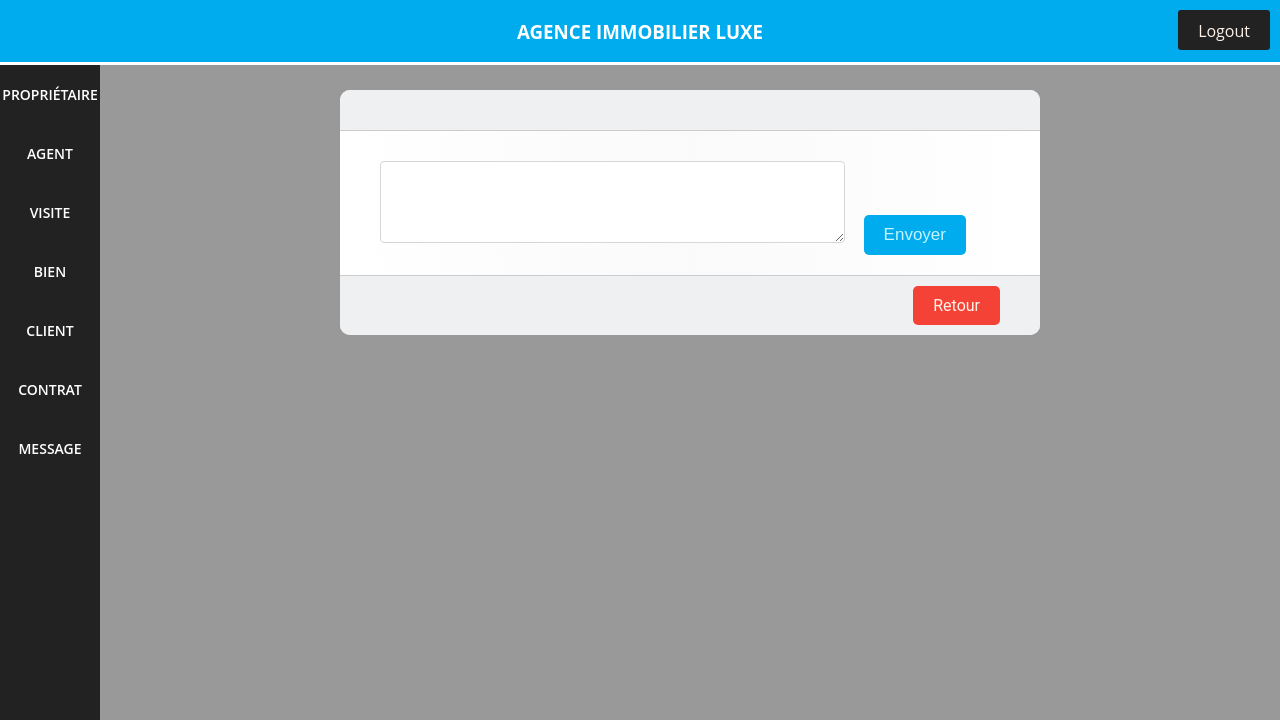
Repository: hassen-mnejja/Real_Estate_Agency_Website
Page: http://localhost/backoffice/WEB-INF/conversation.jsp
These files come from the project's save history. The page is drawn as it stood at one moment and after the next save; the edit follows.
The browser window is 1280 px wide. The pictures show the whole page.
Some icons come from a web library that is not loaded, so they are not drawn. The page is served by Tomcat 9. Nobody is signed in. Other server files are loaded and not shown. The template is opened directly, without the code that normally fills it, so the values that code supplies are empty.

Above is the page before, as saved 2020-06-24 15:01:55.

### backoffice/WebContent/WEB-INF/conversation.jsp
<%@ page language="java" contentType="text/html; charset=UTF-8" pageEncoding="UTF-8"%>
<%@ taglib uri="http://java.sun.com/jsp/jstl/core" prefix="c"%>
<!DOCTYPE html>
<html>
<head>
<title>${client.nom} ${client.prenom}</title>
<link rel="stylesheet" type="text/css" href="../Style/MonStyle.css">
<link rel="icon" href="../Images/icon4.ico" />
<script src="../JS/1351.js"></script>
<script src="../JS/jquery-3.4.1.js"></script>
<style>
.my-form {
	width: 700px;
	margin-bottom: 100px;
}

body {
  margin: 0 auto;
  max-width: 800px;
  padding: 0 20px;
}

.container {
  border: 2px solid #dedede;
  background-color: #f1f1f1;
  border-radius: 5px;
  padding: 10px;
  margin: 5px 0;
}

.darker {
  border-color: #ccc;
  background-color: #ddd;
}

.container::after {
  content: "";
  clear: both;
  display: table;
}

.container img {
  float: left;
  max-width: 60px;
  width: 100%;
  margin-right: 20px;
  border-radius: 50%;
}

.container img.right {
  float: right;
  margin-left: 20px;
  margin-right:0;
}

.time-right {
  float: right;
  color: #aaa;
}

.time-left {
  float: left;
  color: #999;
}
</style>
</head>
<body>
<body>

	<!-- navbar -->
	<div id="nav-placeholder"></div>

	<!-- contenu -->
	<div id="contenu">
		<form class="my-form" action="ecriremessage" method="post">

			<!-- form header -->
			<div class="form-header">
				<h1>${client.nom} ${client.prenom}</h1>
			</div>

			<!-- form body -->
			<div class="form-body">

				<!-- client et bien -->
				<div class="horizontal-group">
					<div class="form-group left" style="width:75%">

						<textarea class="form-input" name="message" rows="4" cols="50" style="height: auto" required="required"></textarea>
					</div>
					<input type="hidden" name="idclient" value="${client.idClient }">
					<input type="hidden" id="temps" class="form-input" name="temps" />
					<div class="form-group right" style="width:22%">
						<svg style="width:400px; height:50px">
 							 <rect width="300" height="50" style="fill:rgba(0,0,0,0);" />
						</svg>
						<button type="submit" class="btn">Envoyer</button>
					</div>
				</div>

				<c:forEach var="message" items="${listemessage}">
					<c:if test="${message.idEnv==0}">
					<div class="horizontal-group">
					<div class="form-group left" style="width:100%">
						<div class="container">
  							<img src="../Images/Client/0/0-1.jpg" alt="Avatar" style="width:100%;">
  							<p>${message.mess}</p>
  							<span class="time-right">${message.temps}</span>
						</div>
						</div>
						</div>
					</c:if>
					<c:if test="${message.idRec==0}">
					<div class="horizontal-group">
					<div class="form-group left" style="width:100%">
						<div class="container darker">
  							<img src="../Images/Client/${client.idClient}/${client.idClient}-1.jpg" alt="Avatar" class="right" style="width:100%;">
  							<p>${message.mess}</p>
  							<span class="time-left">${message.temps}</span>
						</div>
						</div>
						</div>
					</c:if>
				</c:forEach>

			</div>
			<!-- form-footer -->
			<div class="form-footer">
				<div >
					<a href="/backoffice/prive/cherchercontrat">Retour</a>
				</div>
			</div>

		</form>

	</div>


	<!-- JavaScript -->
	<script>
		$(function() {
			$("#nav-placeholder").load("../navbar.html");
		});
		window.addEventListener('load', () => {
			  const now = new Date();
			  now.setMinutes(now.getMinutes() - now.getTimezoneOffset());
			  document.getElementById('temps').value = now.toISOString().slice(0, -8);
			});
	</script>
</body>
</html>

### backoffice/WebContent/Style/MonStyle.css
@charset "ISO-8859-1";
.aa:hover {
	background-color: rgba(0, 0, 0, 0);
	color: #4088a3;
}

.aa:link, .aa:visited {
	background-color: rgba(0, 0, 0, 0);
	color: #666;
	text-decoration: none;
	display: inline-block;
	border: none;
	padding: 0px 0px;
}

.nav {
	position: fixed;
	top: 60px;
	left: 0px;
	width: 100px;
	height: 100%;
	background: #222;
	z-index: 2;
}

.contenu {
	position: fixed;
	top: 60px;
	left: 100px;
	width: 100%;
	height: 100%;
	background: #999;
	z-index: 2;
}

.header {
	position: fixed;
	left: 0;
	right: 0;
	z-index: 1002;
	min-height: 60px;
	padding: 0 15px;
	background: #00acee;
	border-bottom: 3px solid white;
}

#contenu {
	position: fixed;
	top: 60px;
	left: 100px;
	width: calc(100% - 100px);
	height: 100%;
	background: #999;
	z-index: 1;
	margin-left: auto;
	margin-right: auto;
	transition: all 500ms linear;
	overflow-y: auto;
}

#contenu.active {
	left: 0px;
	width: 100%;
}

#nav {
	left: 0px;
	transition: all 500ms linear;
}

#nav.active {
	left: -100px;
}

.nav span {
	display: block;
	font-size: 14px;
	color: #fff;
	font-weight: 600;
	text-transform: uppercase;
	margin-top: 10px;
}

.fi {
	font-size: 25px;
	color: #eee;
}

.toggle {
	position: fixed;
	font-size: 25px;
	color: #222;
	top: 15px;
	left: 40px;
	cursor: pointer;
}

.nav .nav-item {
	position: relative;
	width: 100%;
	text-align: center;
}

.nav .main-item, .nav .sub-item {
	padding: 15px 0px;
	background: #222;
}

.nav .nav-item .sub-items {
	position: absolute;
	top: 0px;
	left: -300px;
	width: max-content;
	z-index: -1;
	transition: all 300ms ease-in-out;
}

.nav .sub-items .sub-item {
	float: left;
	width: 100px;
}

.nav .main-item:hover, .nav .sub-item:hover {
	background: #00acee;
	cursor: pointer;
}

.nav .nav-item:hover .sub-items {
	left: 102px;
}

#elements {
	font-family: "Trebuchet MS", Arial, Helvetica, sans-serif;
	border-collapse: collapse;
	width: 100%;
	border: 1px solid #d6d6d6;
	border-radius: 3px 3px 3px 3px;
}

#elements td, #elements th {
	border: 1px solid #ddd;
	padding: 8px;
}

#elements tr:nth-child(even) {
	background-color: white;
}

#elements tr:nth-child(odd) {
	background-color: #eff0f1;
}

#elements tr:hover {
	background-color: #ddd;
}

#elements th {
	padding-top: 12px;
	padding-bottom: 12px;
	text-align: left;
	background-color: white;
	color: gray;
}

@import url('https://fonts.googleapis.com/css?family=Roboto');

/*---------------------------------------*/
/* Register Form */
/*---------------------------------------*/
body {
	margin: 0px;
	font-family: "Open Sans", sans-serif;
}

a:link, a:visited {
	background-color: #f44336;
	color: #fff3e9;
	padding: 10px 20px;
	text-align: center;
	text-decoration: none;
	display: inline-block;
	border: none;
	border-radius: 5px;
}

a:hover, a:active {
	background-color: #fa3c39;
	color: white;
}

.my-form {
	font-family: "Roboto", sans-serif;
	background: linear-gradient(to right, #ffffff 0%, #fafafa 50%, #ffffff 99%);
	border-radius: 10px;
	margin: 30px auto;
	width: 650px;
}

/*---------------------------------------*/
/* Form Header */
/*---------------------------------------*/
.form-header {
	background-color: #EFF0F1;
	border-top-left-radius: 10px;
	border-top-right-radius: 10px;
}

.form-header h1 {
	font-size: 30px;
	text-align: center;
	color: #666;
	padding: 20px 0;
	border-bottom: 1px solid #cccccc;
}

/*---------------------------------------*/
/* Form Body */
/*---------------------------------------*/
.form-body {
	padding: 10px 40px;
	color: #666;
}

.form-group {
	margin-bottom: 20px;
}

.form-body .label-title {
	color: #00acee;
	font-size: 17px;
	font-weight: bold;
}

.form-body .form-input {
	font-size: 17px;
	box-sizing: border-box;
	width: 100%;
	height: 34px;
	padding-left: 10px;
	padding-right: 10px;
	color: #333333;
	text-align: left;
	border: 1px solid #d6d6d6;
	border-radius: 4px;
	background: white;
	outline: none;
}

.horizontal-group .left {
	float: left;
	width: 49%;
}

.horizontal-group .right {
	float: right;
	width: 49%;
}

/*---------------------------------------*/
/* Form Footer */
/*---------------------------------------*/
.my-form .form-footer {
	background-color: #EFF0F1;
	border-bottom-left-radius: 10px;
	border-bottom-right-radius: 10px;
	padding: 10px 40px;
	text-align: right;
	border-top: 1px solid #cccccc;
	clear: both;
}

.form-footer span {
	float: left;
	margin-top: 10px;
	color: #999;
	font-style: italic;
	font-weight: thin;
}

.btn {
	display: inline-block;
	padding: 10px 20px;
	background-color: #00acee;
	font-size: 17px;
	border: none;
	border-radius: 5px;
	color: #c3f4ff;
	cursor: pointer;
}

.btn:hover {
	background-color: #11addd;
	color: white;
}

a.log {
	position: fixed;
	float: left;
	background: #222;
	border-radius: 3px 3px 3px 3px;
	height: 20px;
	top: 10px;
	right: 10px;
}

.title {
	color: white;
	text-align: center;
	cursor: pointer;
}

### backoffice/WebContent/navbar.html
<script src="JS/1351.js"></script>
<header class="header black-bg">
	<i class="fas fa-bars toggle" onclick="toggle()" id="b"></i>
	<h3 class="title" onclick="window.location.href = '/backoffice/prive/home';">AGENCE IMMOBILIER LUXE</h3>
	<a class="log" href="/backoffice/logout" id="discon">Logout</a>
</header>
<div class="nav" id="nav" style="display: block">
	<div class="nav-item">
		<div class="main-item">
			<i class="fad fa-house-user fi"></i> <span>Propriétaire</span>
		</div>
		<div class="sub-items">
			<div class="sub-item" onclick="window.location.href = '/backoffice/prive/ajouterprop';">
				<i class="fad fa-user-plus fi"></i> <span>Ajouter</span>
			</div>
			<div class="sub-item" onclick="window.location.href = '/backoffice/prive/chercherprop';">
				<i class="fad fa-search fi"></i> <span>Chercher</span>
			</div>
		</div>
	</div>
	<div class="nav-item">
		<div class="main-item">
			<i class="fad fa-user-headset fi"></i> <span>Agent</span>
		</div>
		<div class="sub-items">
			<div class="sub-item" onclick="window.location.href = '/backoffice/prive/ajouteragent';">
				<i class="fad fa-user-plus fi"></i> <span>Ajouter</span>
			</div>
			<div class="sub-item" onclick="window.location.href = '/backoffice/prive/chercheragent';">
				<i class="fad fa-search fi"></i> <span>Chercher</span>
			</div>
		</div>
	</div>
	<div class="nav-item">
		<div class="main-item">
			<i class="fad fa-house-return fi"></i> <span>Visite</span>
		</div>
		<div class="sub-items">
			<div class="sub-item" onclick="window.location.href = '/backoffice/prive/ajoutervisite';">
				<i class="fad fa-calendar-plus fi"></i> <span>Programmer</span>
			</div>
			<div class="sub-item" onclick="window.location.href = '/backoffice/prive/cherchervisite';">
				<i class="fad fa-search fi"></i> <span>Chercher</span>
			</div>
		</div>
	</div>
	<div class="nav-item">
		<div class="main-item">
			<i class="fad fa-house fi"></i> <span>Bien</span>
		</div>
		<div class="sub-items">
			<div class="sub-item" onclick="window.location.href = '/backoffice/prive/ajouterbien';">
				<i class="fad fa-plus fi"></i> <span>Ajouter</span>
			</div>
			<div class="sub-item" onclick="window.location.href = '/backoffice/prive/chercherbien';">
				<i class="fad fa-search fi"></i> <span>Chercher</span>
			</div>
		</div>
	</div>
	<div class="nav-item">
		<div class="main-item">
			<i class="fad fa-user fi"></i> <span>client</span>
		</div>
		<div class="sub-items">
			<div class="sub-item" onclick="window.location.href = '/backoffice/prive/ajouterclient';">
				<i class="fad fa-user-plus fi"></i> <span>Ajouter</span>
			</div>
			<div class="sub-item" onclick="window.location.href = '/backoffice/prive/chercherclient';">
				<i class="fad fa-search fi"></i> <span>Chercher</span>
			</div>
		</div>
	</div>
	<div class="nav-item">
		<div class="main-item">
			<i class="fad fa-file fi"></i> <span>contrat</span>
		</div>
		<div class="sub-items">
			<div class="sub-item" onclick="window.location.href = '/backoffice/prive/ajoutercontrat';">
				<i class="fad fa-file-plus fi"></i> <span>Ajouter</span>
			</div>
			<div class="sub-item" onclick="window.location.href = '/backoffice/prive/cherchercontrat';">
				<i class="fad fa-file-search fi"></i> <span>Chercher</span>
			</div>
		</div>
	</div>
	<div class="nav-item">
		<div class="main-item">
			<i class="fad fa-comments-alt fi"></i> <span>Message</span>
		</div>
		<div class="sub-items">
			<div class="sub-item" onclick="window.location.href = '/backoffice/prive/ecriremessage';">
				<i class="fad fa-comment-alt-plus fi"></i> <span>Ajouter</span>
			</div>
			<div class="sub-item" onclick="window.location.href = '/backoffice/prive/boitemessage';">
				<i class="fad fa-inbox fi"></i> <span>Chercher</span>
			</div>
		</div>
	</div>
</div>
<script>
	function toggle() {
		document.getElementById("nav").classList.toggle('active');
		document.getElementById("contenu").classList.toggle('active');
	}
</script>

Loaded but not shown: backoffice/WebContent/JS/1351.js (library); backoffice/WebContent/JS/jquery-3.4.1.js (library)

After the next save:
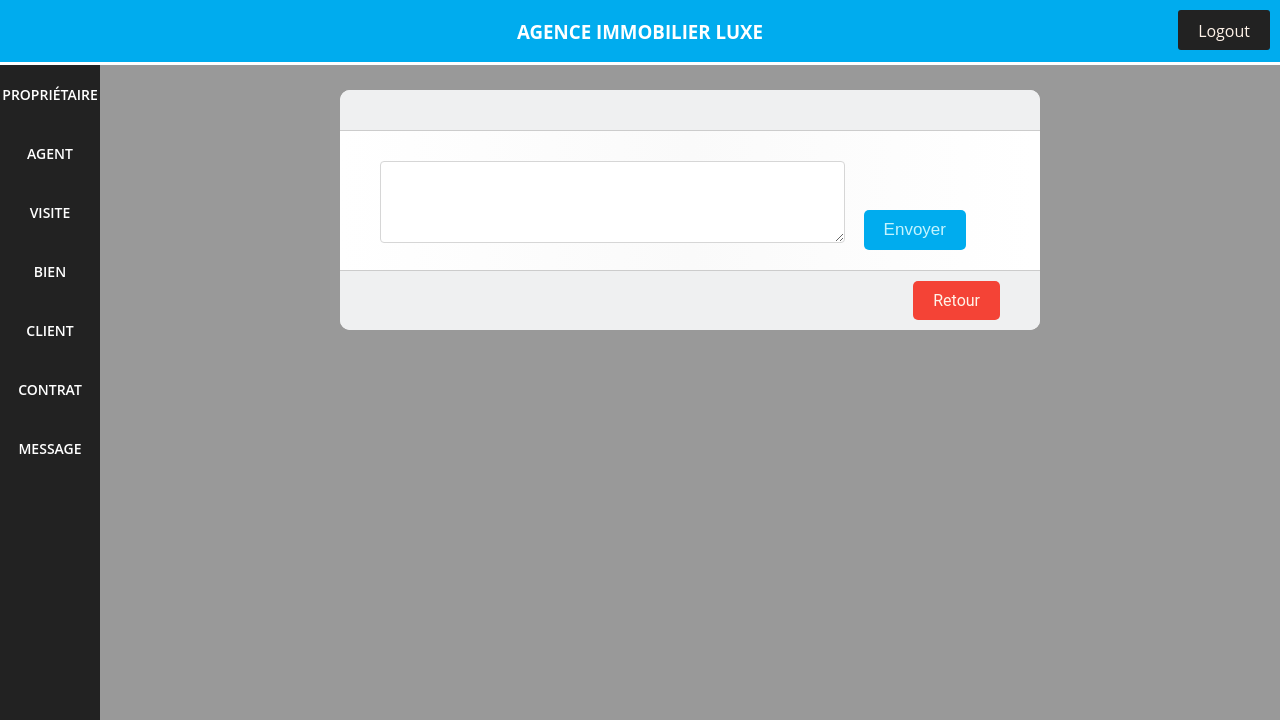
Saved 18 s later.
--- a/backoffice/WebContent/WEB-INF/conversation.jsp
+++ b/backoffice/WebContent/WEB-INF/conversation.jsp
@@ -91,8 +91,8 @@ body {
 					<input type="hidden" name="idclient" value="${client.idClient }">
 					<input type="hidden" id="temps" class="form-input" name="temps" />
 					<div class="form-group right" style="width:22%">
-						<svg style="width:400px; height:50px">
- 							 <rect width="300" height="50" style="fill:rgba(0,0,0,0);" />
+						<svg style="width:400px; height:45px">
+ 							 <rect width="300" height="45" style="fill:rgba(0,0,0,0);" />
 						</svg>
 						<button type="submit" class="btn">Envoyer</button>
 					</div>
